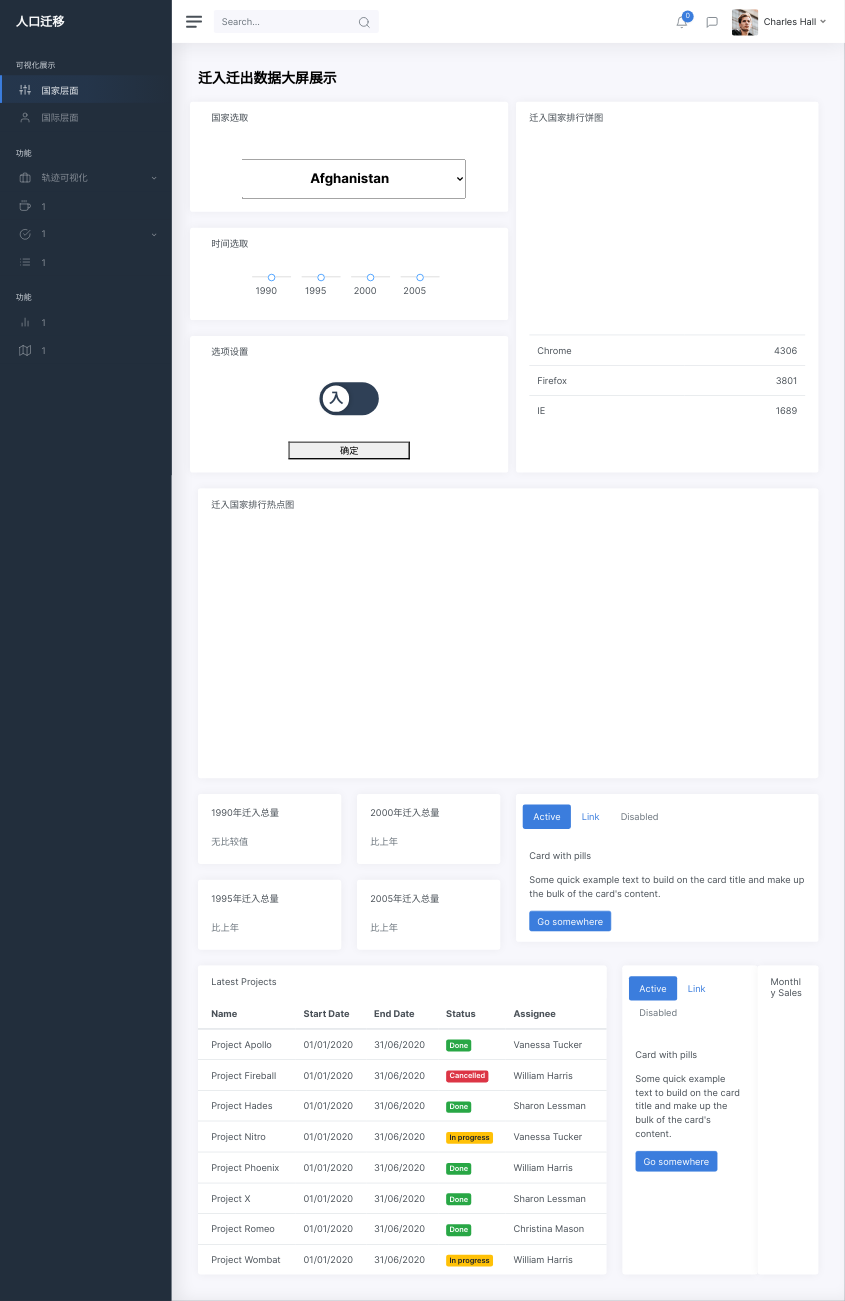
Repository: yuwei0922/WHURS-WGIS
Page: final_project/index.html
An editor plug-in stored every save of this project. The page is shown before and after the next save, followed by the edit.
The browser window is 1280 px wide. The pictures show the whole page, at 66% of full size.
Some icons come from a web library that is not loaded, so they are not drawn. Some web libraries are served in a nearby version.

Above is the page before, as saved 2022-12-25 22:21:21.
Not found: final_project/js/vendor.js

After the next save:
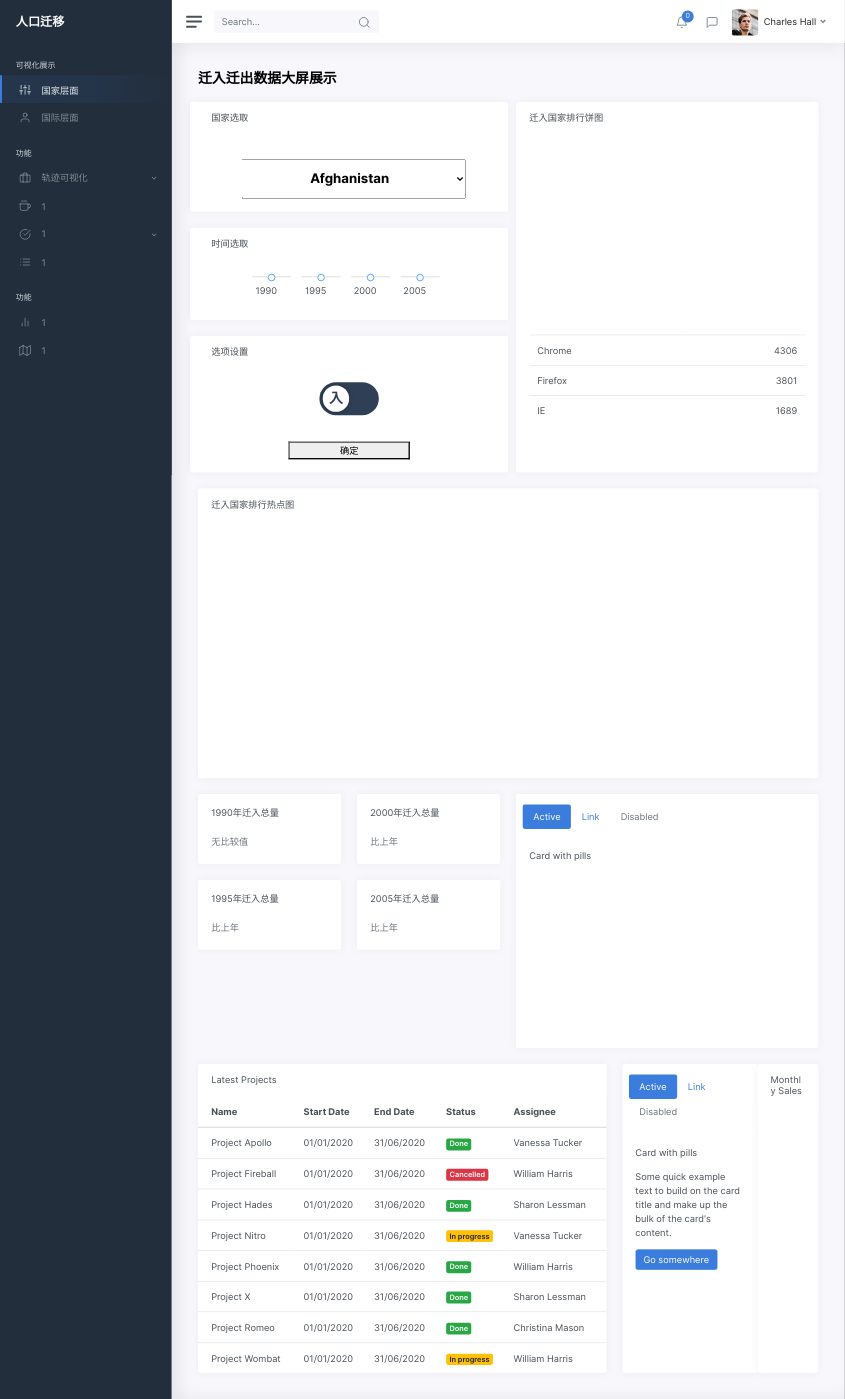
Saved 45 s later.
--- a/final_project/index.html
+++ b/final_project/index.html
@@ -450,7 +450,6 @@
 					</div>
 					<!--折线图-->
 					<div class="col-xl-6 col-xxl-7">
-
 						<div class="card flex-fill w-100">
 							<div class="card-header">
 								<ul class="nav nav-pills card-header-pills pull-right" role="tablist">
@@ -469,8 +468,9 @@
 								<div class="tab-content">
 									<div class="tab-pane fade show active" id="tab-4" role="tabpanel">
 										<h5 class="card-title">Card with pills</h5>
-										<p class="card-text">Some quick example text to build on the card title and make up the bulk of the card's content.</p>
-										<a href="#" class="btn btn-primary">Go somewhere</a>
+										<div class="chart chart-sm">
+											<canvas id="chartjs-dashboard-line"></canvas>
+										</div>
 									</div>
 									<div class="tab-pane fade text-center" id="tab-5" role="tabpanel">
 										<h5 class="card-title">Card with pills</h5>
